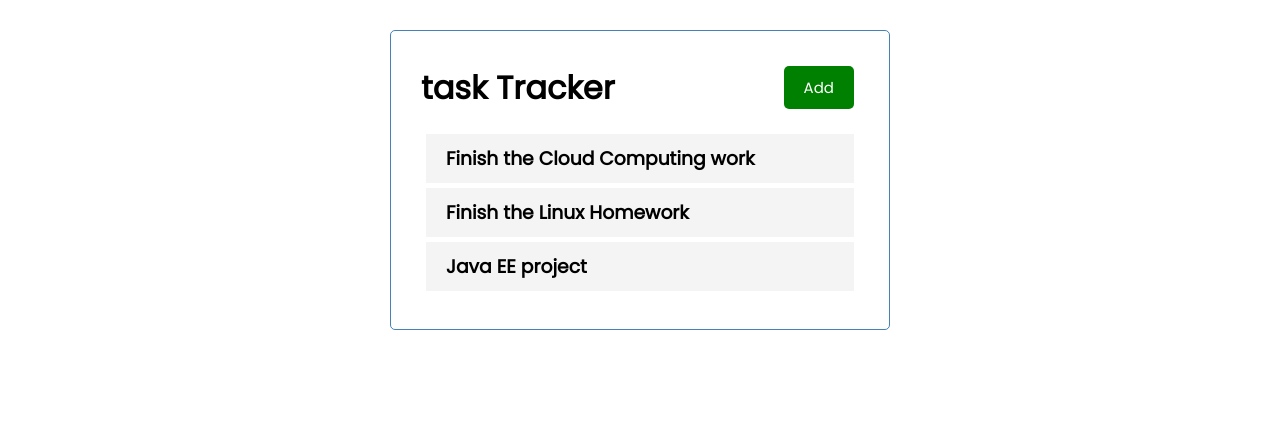
Repository: ds-mbappe/react-task-tracker
Page: /
An editor plug-in stored every save of this project. The page is shown before and after the next save, followed by the edit.
The browser window is 1280 px wide. The pictures show the whole page.
The project was rebuilt for these pictures with package versions that can differ from the ones it lists, and the page was loaded fresh each time.

Above is the page before, as saved 2021-10-01 04:57:13.

### src/App.js
import { useState } from "react";
import Header from "./components/Header";
import Tasks from "./components/Tasks";

function App() {
  const [tasks, setTasks] = useState(
        [
            {
                id: 1,
                text: "Finish the Cloud Computing work",
                day: "October 3rd",
                reminder: true,
            },
            {
                id: 2,
                text: "Finish the Linux Homework",
                day: "October 5th",
                reminder: true,
            },
            {
                id: 1,
                text: "Java EE project",
                day: "October 26",
                reminder: false,
            }
        ]
    )

  return (
    <div className="container">
      <Header />
      <Tasks tasks={tasks}/>
    </div>
  );
}

export default App;

### src/components/Header.js
import PropTypes from "prop-types"
import Button from "./Button"

const Header = ({title}) => {
    return (
        <header className="header">
            <h1>{title}</h1>
            <Button color="green" text="Add" />
        </header>
    )
}

Header.defaultProps = {
    title: "task Tracker",
}

Header.propTypes = {
    title: PropTypes.string.isRequired,
}

export default Header

### src/components/Tasks.js
import Task from "./Task"

const Tasks = ({ tasks }) => {
    return (
        <>
            {tasks.map((task) => (<Task key={task.id} task={task}/>))}
        </>
    )
}

export default Tasks

### src/components/Button.js
import PropTypes from "prop-types"

const Button = ({ color, text }) => {
    return (
        <button className="btn" style={{backgroundColor: color}}>{text}</button>
    )
}

Button.defaultProps = {
    color: "steelblue",
}

Button.propTypes = {
    text: PropTypes.string,
    color: PropTypes.string,
}

export default Button

### src/components/Task.js
const Task = ({ task }) => {
    return (
        <div className="task">
            <h3>{task.text}</h3>
            <p>{task.date}</p>
        </div>
    )
}

export default Task

Loaded but not shown: public/index.html (common file); src/index.js (common file); src/index.css (common file); src/reportWebVitals.js (common file)

After the next save:
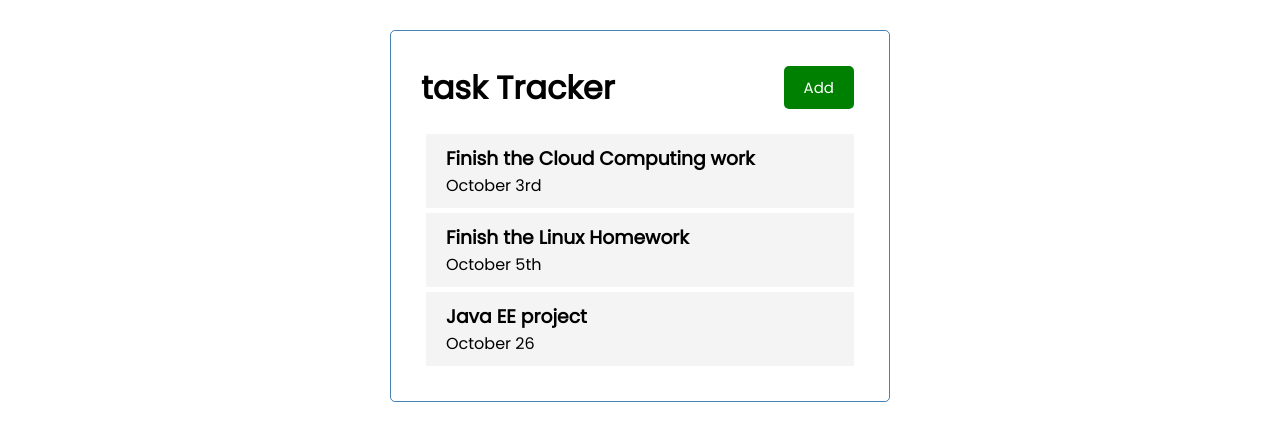
Saved 31 s later.
--- a/src/components/Task.js
+++ b/src/components/Task.js
@@ -2,7 +2,7 @@ const Task = ({ task }) => {
     return (
         <div className="task">
             <h3>{task.text}</h3>
-            <p>{task.date}</p>
+            <p>{task.day}</p>
         </div>
     )
 }
